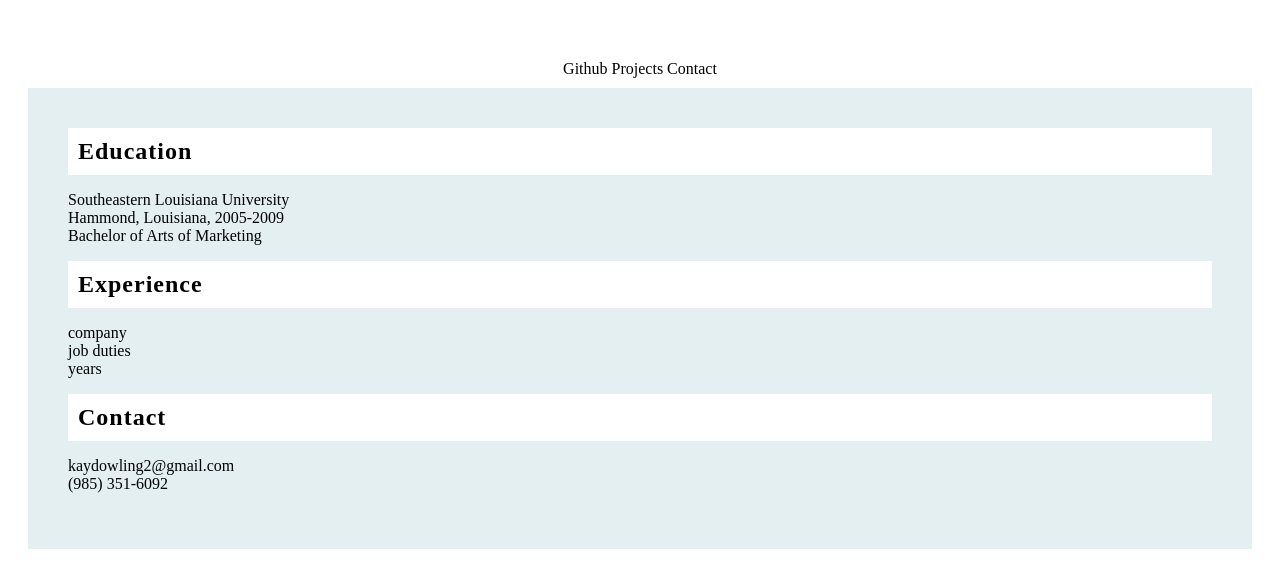
Repository: kayladowling/jekyll_website
Page: index.html
The author's editor kept a record of every edit. The page is drawn from the files as they stood at one moment, then again after the next edit.
The browser window is 1280 px wide. The pictures show the part of the page from y = 385 to 962 px (the page is 962 px tall).

Above is the page before.

### index.html
<!DOCTYPE html>
<html>
  <head> <title>Kayla Dowling</title>
  <link href="css/home.css" type="text/css" rel="stylesheet"/>
  </head>


  <body>
 <div class ="wrapper">

   <header> <!-- Start of header -->
   <h1>Kayla Dowling</h1>
    </header>  <!-- end of header -->
   <nav> <!-- Start of nav -->
  <ul>
      <li><a href="https://github.com/kayladowling" id="github">Github</a></li>
      <li><a href="projects.html" id="projects">Projects</a></li>
      <li>Contact</li>
  </ul>
  </nav> <!-- end of nav -->


 <div class = "maincontent">  <!-- start of maincontent -->
  <section class="education"> <!-- start of education section -->
    <h2>Education</h2>
<p>Southeastern Louisiana University </br>
  Hammond, Louisiana, 2005-2009 </br>
 Bachelor of Arts of Marketing </p>
 </section> <!-- end of education section -->

 <section class="experience"> <!-- start of eperience -->
  <h2>Experience</h2>

  <p>company </br>
  job duties </br>
  years</p>
  </section> <!-- end of eperience -->

 <section class="contact"> <!-- start of contact -->
 <h2>Contact</h3>
 <p> kaydowling2@gmail.com </br>
 (985) 351-6092</p>

 </section> <!-- end of contact -->
 </div> <!-- end of maincontent -->
 <footer>
     <!-- add footer content-->
 </footer>
  </div> <!-- end of wrapper -->
 </body>
</html>

### css/home.css

body {
   padding: 20px;
   background: white;
}

header {
    background-color: black;
    background-image: url("https://download.unsplash.com/photo-1421757295538-9c80958e75b0");
    padding: 150px 0px 150px 0px;
    background-position: 60% 50%;
    background-repeat: no-repeat;
    margin-bottom: 50px;

}

header h1 {
    letter-spacing: 5px;
    text-align: center;
    background-color: #E3EFF0;
    padding: 10px;
    margin: 0;
    color: black;
}

h2 {
    background-color: white;
    letter-spacing: 1px;
    color: black;
    padding: 10px;
    margin:0;

}

p {
    color: black;

}

nav ul {
    background: white;
    color: black;
    text-align: center;
    margin: 0px;
    padding: 10px 5px 10px 5px;
}

nav li {
    display:inline;
    background: white;
    color: black;
    text-align: center;

}

a {
    text-decoration: none;
    color: black;
    background: white;
    text-align: left;
}

.maincontent {
    background: #E3EFF0;
    padding: 40px;
}



#github {
    color: black;
    text-align: left;
}

After the next edit:
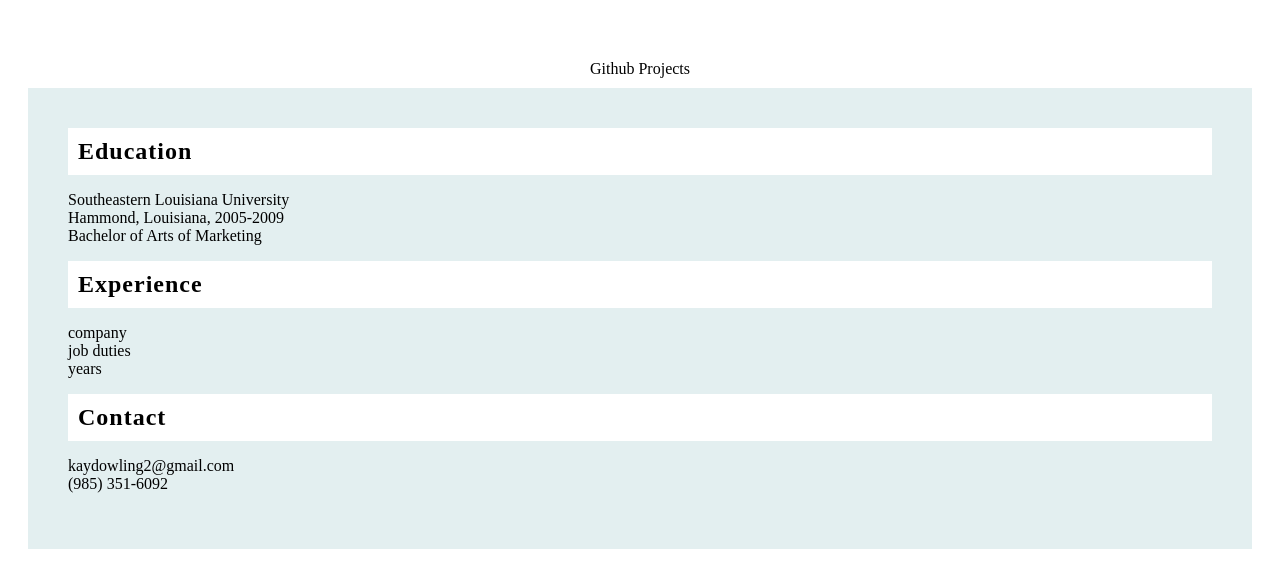
The edit:
--- a/index.html
+++ b/index.html
@@ -15,7 +15,6 @@
   <ul>
       <li><a href="https://github.com/kayladowling" id="github">Github</a></li>
       <li><a href="projects.html" id="projects">Projects</a></li>
-      <li>Contact</li>
   </ul>
   </nav> <!-- end of nav -->
 
